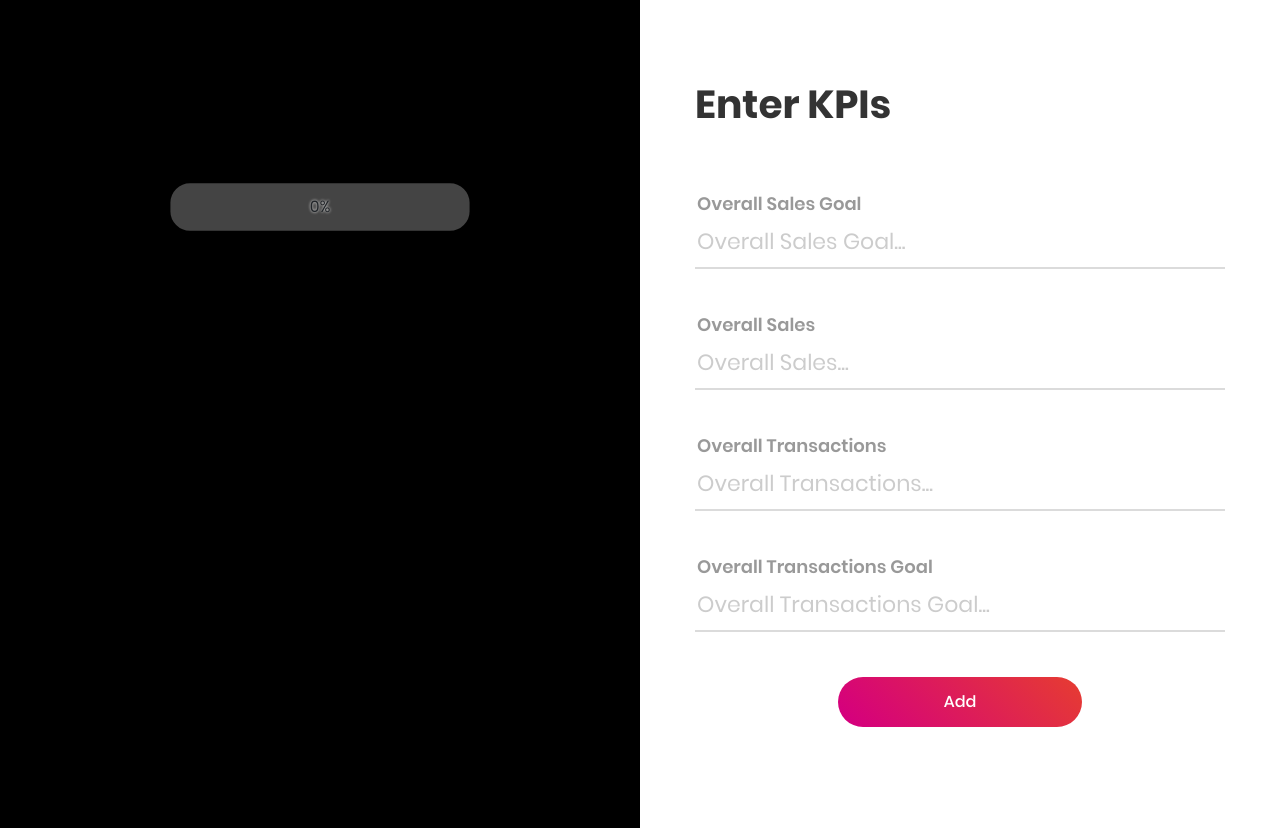
Repository: jameyel/kpi-entry
Page: index.html
The author's editor kept a copy of each file at every save. The page is drawn from the files as they stood at one save, then again after the next save.
The browser window is 1280 px wide. The pictures show the whole page.

Above is the page before, as saved 2018-12-09 19:41:34.

### index.html
<!DOCTYPE html>
<html lang="en">
  <head>
    <title>Contact V13</title>
    <meta charset="UTF-8" />
    <meta name="viewport" content="width=device-width, initial-scale=1" />
    <!--
      ===============================================================================================
    -->
    <link rel="icon" type="image/png" href="images/icons/favicon.ico" />
    <!--
      ===============================================================================================
    -->
    <link
      rel="stylesheet"
      type="text/css"
      href="vendor/bootstrap/css/bootstrap.min.css"
    />
    <!--
      ===============================================================================================
    -->
    <link
      rel="stylesheet"
      type="text/css"
      href="fonts/font-awesome-4.7.0/css/font-awesome.min.css"
    />
    <!--
      ===============================================================================================
    -->
    <link
      rel="stylesheet"
      type="text/css"
      href="fonts/Linearicons-Free-v1.0.0/icon-font.min.css"
    />
    <!--
      ===============================================================================================
    -->
    <link
      rel="stylesheet"
      type="text/css"
      href="fonts/iconic/css/material-design-iconic-font.min.css"
    />
    <!--
      ===============================================================================================
    -->
    <link rel="stylesheet" type="text/css" href="vendor/animate/animate.css" />
    <!--
      ===============================================================================================
    -->
    <link
      rel="stylesheet"
      type="text/css"
      href="vendor/css-hamburgers/hamburgers.min.css"
    />
    <!--
      ===============================================================================================
    -->
    <link
      rel="stylesheet"
      type="text/css"
      href="vendor/animsition/css/animsition.min.css"
    />
    <!--
      ===============================================================================================
    -->
    <link
      rel="stylesheet"
      type="text/css"
      href="vendor/select2/select2.min.css"
    />
    <!--
      ===============================================================================================
    -->
    <link
      rel="stylesheet"
      type="text/css"
      href="vendor/daterangepicker/daterangepicker.css"
    />
    <link rel="stylesheet" type="text/css" href="./css/loading-bar.css" />
    <!--
      ===============================================================================================
    -->
    <link rel="stylesheet" type="text/css" href="css/util.css" />
    <link rel="stylesheet" type="text/css" href="css/main.css" />
    <!--
      ===============================================================================================
    -->
  </head>
  <body>
    <div class="container-kpi100">
      <div class="kpi100-chart">
        <div
          class="ldBar label-center ldbar-overall-sales"
          style="width:50%;height:50%;margin:auto"
          data-preset="energy"
        ></div>
      </div>

      <div class="wrap-kpi100">
        <form class="kpi100-form validate-form">
          <span class="kpi100-form-title"> Enter KPIs </span>

          <div
            class="wrap-input100 validate-input"
            data-validate="Overall Sales are required"
          >
            <div
              class="wrap-input100 validate-input"
              data-validate="Overall Sales Goal is required: 123456"
            >
              <span class="label-input100">Overall Sales Goal</span>
              <input
                class="input100 overall-sales-goal"
                type="text"
                name="osg"
                placeholder="Overall Sales Goal..."
              />
              <span class="focus-input100"></span>
            </div>

            <span class="label-input100">Overall Sales</span>
            <input
              class="input100 overall-sales"
              type="text"
              name="os"
              placeholder="Overall Sales..."
            />
            <span class="focus-input100"></span>
          </div>

          <div class="wrap-input100">
            <span class="label-input100">Overall Transactions</span>
            <input
              class="input100"
              type="text"
              name="ot"
              placeholder="Overall Transactions..."
            />
            <span class="focus-input100"></span>
          </div>

          <div class="wrap-input100">
            <span class="label-input100">Overall Transactions Goal</span>
            <input
              class="input100"
              type="text"
              name="otg"
              placeholder="Overall Transactions Goal..."
            />
            <span class="focus-input100"></span>
          </div>

          <div class="container-kpi100-form-btn">
            <div class="wrap-kpi100-form-btn">
              <div class="kpi100-form-bgbtn"></div>
              <button class="kpi100-form-btn">Add</button>
            </div>
          </div>
        </form>
      </div>
    </div>

    <div id="dropDownSelect1"></div>

    <!--
      ===============================================================================================
    -->
    <script src="vendor/jquery/jquery-3.2.1.min.js"></script>
    <!--
      ===============================================================================================
    -->
    <script src="vendor/animsition/js/animsition.min.js"></script>
    <!--
      ===============================================================================================
    -->
    <script src="vendor/bootstrap/js/popper.js"></script>
    <script src="vendor/bootstrap/js/bootstrap.min.js"></script>
    <!--
      ===============================================================================================
    -->
    <script src="vendor/select2/select2.min.js"></script>
    <!--
      ===============================================================================================
    -->
    <script src="vendor/daterangepicker/moment.min.js"></script>
    <script src="vendor/daterangepicker/daterangepicker.js"></script>
    <!--
      ===============================================================================================
    -->
    <script src="vendor/countdowntime/countdowntime.js"></script>
    <!--
      ===============================================================================================
    -->
    <script src="js/chart-custom.js"></script>
    <!--
      ===============================================================================================
    -->
    <script type="text/javascript" src="./js/loading-bar.js"></script>
    <script src="js/main.js"></script>
  </body>
</html>

### css/main.css
/*//////////////////////////////////////////////////////////////////
[ FONT ]*/

@font-face {
  font-family: Poppins-Regular;
  src: url('../fonts/poppins/Poppins-Regular.ttf');
}

@font-face {
  font-family: Poppins-Medium;
  src: url('../fonts/poppins/Poppins-Medium.ttf');
}

@font-face {
  font-family: Poppins-Bold;
  src: url('../fonts/poppins/Poppins-Bold.ttf');
}

@font-face {
  font-family: Poppins-SemiBold;
  src: url('../fonts/poppins/Poppins-SemiBold.ttf');
}

/*//////////////////////////////////////////////////////////////////
[ RESTYLE TAG ]*/

* {
  margin: 0px;
  padding: 0px;
  box-sizing: border-box;
}

body,
html {
  height: 100%;
  font-family: Poppins-Regular, sans-serif;
}

/*---------------------------------------------*/
a {
  font-family: Poppins-Regular;
  font-size: 14px;
  line-height: 1.7;
  color: #666666;
  margin: 0px;
  transition: all 0.4s;
  -webkit-transition: all 0.4s;
  -o-transition: all 0.4s;
  -moz-transition: all 0.4s;
}

a:focus {
  outline: none !important;
}

a:hover {
  text-decoration: none;
}

/*---------------------------------------------*/
h1,
h2,
h3,
h4,
h5,
h6 {
  margin: 0px;
}

p {
  font-family: Poppins-Regular;
  font-size: 14px;
  line-height: 1.7;
  color: #666666;
  margin: 0px;
}

ul,
li {
  margin: 0px;
  list-style-type: none;
}

/*---------------------------------------------*/
input {
  outline: none;
  border: none;
}

input[type='number'] {
  -moz-appearance: textfield;
  appearance: none;
  -webkit-appearance: none;
}

input[type='number']::-webkit-outer-spin-button,
input[type='number']::-webkit-inner-spin-button {
  -webkit-appearance: none;
}

textarea {
  outline: none;
  border: none;
}

textarea:focus,
input:focus {
  border-color: transparent !important;
}

input:focus::-webkit-input-placeholder {
  color: transparent;
}
input:focus:-moz-placeholder {
  color: transparent;
}
input:focus::-moz-placeholder {
  color: transparent;
}
input:focus:-ms-input-placeholder {
  color: transparent;
}

textarea:focus::-webkit-input-placeholder {
  color: transparent;
}
textarea:focus:-moz-placeholder {
  color: transparent;
}
textarea:focus::-moz-placeholder {
  color: transparent;
}
textarea:focus:-ms-input-placeholder {
  color: transparent;
}

input::-webkit-input-placeholder {
  color: #cccccc;
}
input:-moz-placeholder {
  color: #cccccc;
}
input::-moz-placeholder {
  color: #cccccc;
}
input:-ms-input-placeholder {
  color: #cccccc;
}

textarea::-webkit-input-placeholder {
  color: #cccccc;
}
textarea:-moz-placeholder {
  color: #cccccc;
}
textarea::-moz-placeholder {
  color: #cccccc;
}
textarea:-ms-input-placeholder {
  color: #cccccc;
}

/*---------------------------------------------*/
button {
  outline: none !important;
  border: none;
  background: transparent;
}

button:hover {
  cursor: pointer;
}

iframe {
  border: none !important;
}

/*//////////////////////////////////////////////////////////////////
[ Contact ]*/

.container-kpi100 {
  width: 100%;
  min-height: 100vh;
  display: -webkit-box;
  display: -webkit-flex;
  display: -moz-box;
  display: -ms-flexbox;
  display: flex;
  flex-wrap: wrap;
  justify-content: flex-end;
  align-items: center;
  background: transparent;
  position: relative;
  z-index: 1;
}

.kpi100-chart {
  position: absolute;
  z-index: -2;
  width: calc(100% - 640px);
  height: 100%;
  top: 0;
  left: 0;
  background: #000;
}

.wrap-kpi100 {
  width: 640px;
  min-height: 100vh;
  background: #fff;
  border-radius: 2px;
  padding: 82px 55px 33px 55px;
  position: relative;
}

.show-wrap-kpi100 {
  visibility: visible;
  opacity: 1;
}

/*==================================================================
[ Form ]*/

.kpi100-form {
  width: 100%;
  display: -webkit-box;
  display: -webkit-flex;
  display: -moz-box;
  display: -ms-flexbox;
  display: flex;
  flex-wrap: wrap;
  justify-content: space-between;
  padding-bottom: 68px;
}

.kpi100-form-title {
  display: block;
  width: 100%;
  font-family: Poppins-Bold;
  font-size: 39px;
  color: #333333;
  line-height: 1.2;
  text-align: left;
  padding-bottom: 64px;
}

/*------------------------------------------------------------------
[ Input ]*/

.wrap-input100 {
  width: 100%;
  position: relative;
  border-bottom: 2px solid #dbdbdb;
  margin-bottom: 45px;
}

.label-input100 {
  font-family: Poppins-SemiBold;
  font-size: 18px;
  color: #999999;
  line-height: 1.2;
  padding-left: 2px;
}

.input100 {
  display: block;
  width: 100%;
  background: transparent;
  font-family: Poppins-Regular;
  font-size: 22px;
  color: #555555;
  line-height: 1.2;
  padding: 0 2px;
}

.focus-input100 {
  position: absolute;
  display: block;
  width: 100%;
  height: 100%;
  top: 0;
  left: 0;
  pointer-events: none;
}

.focus-input100::before {
  content: '';
  display: block;
  position: absolute;
  bottom: -2px;
  left: 0;
  width: 0;
  height: 2px;

  -webkit-transition: all 0.4s;
  -o-transition: all 0.4s;
  -moz-transition: all 0.4s;
  transition: all 0.4s;

  background: #df254e;
  background: -webkit-linear-gradient(45deg, #d5007d, #e53935);
  background: -o-linear-gradient(45deg, #d5007d, #e53935);
  background: -moz-linear-gradient(45deg, #d5007d, #e53935);
  background: linear-gradient(45deg, #d5007d, #e53935);
}

/*---------------------------------------------*/
input.input100 {
  height: 50px;
}

textarea.input100 {
  min-height: 140px;
  padding-top: 13px;
  padding-bottom: 13px;
}

.input100:focus + .focus-input100::before {
  width: 100%;
}

.has-val.input100 + .focus-input100::before {
  width: 100%;
}

/*------------------------------------------------------------------
[ Button ]*/
.container-kpi100-form-btn {
  width: 100%;
  display: -webkit-box;
  display: -webkit-flex;
  display: -moz-box;
  display: -ms-flexbox;
  display: flex;
  flex-wrap: wrap;
  justify-content: center;
}

.wrap-kpi100-form-btn {
  display: block;
  position: relative;
  z-index: 1;
  border-radius: 25px;
  overflow: hidden;
}

.kpi100-form-bgbtn {
  position: absolute;
  z-index: -1;
  width: 300%;
  height: 100%;
  background: #df2351;
  background: -webkit-linear-gradient(
    -135deg,
    #d5007d,
    #e53935,
    #d5007d,
    #e53935
  );
  background: -o-linear-gradient(-135deg, #d5007d, #e53935, #d5007d, #e53935);
  background: -moz-linear-gradient(-135deg, #d5007d, #e53935, #d5007d, #e53935);
  background: linear-gradient(-135deg, #d5007d, #e53935, #d5007d, #e53935);
  top: 0;
  left: -100%;
  -webkit-transition: all 0.4s;
  -o-transition: all 0.4s;
  -moz-transition: all 0.4s;
  transition: all 0.4s;
}
.kpi100-form-btn {
  display: -webkit-box;
  display: -webkit-flex;
  display: -moz-box;
  display: -ms-flexbox;
  display: flex;
  justify-content: center;
  align-items: center;
  padding: 0 20px;
  min-width: 244px;
  height: 50px;
  font-family: Poppins-Medium;
  font-size: 16px;
  color: #fff;
  line-height: 1.2;
}
.wrap-kpi100-form-btn:hover .kpi100-form-bgbtn {
  left: 0;
}
/* ------------------------------------------------------------------
[ Responsive ] */
@media (max-width: 576px) {
  .wrap-kpi100 {
    padding: 82px 15px 33px 15px;
  }
}
/* ------------------------------------------------------------------
[ Alert validate ] */
.validate-input {
  position: relative;
}
.alert-validate::before {
  content: attr(data-validate);
  position: absolute;
  max-width: 70%;
  background-color: #fff;
  border: 1px solid #c80000;
  border-radius: 2px;
  padding: 4px 30px 4px 10px;
  bottom: calc((100% - 25px) / 2);
  -webkit-transform: translateY(50%);
  -moz-transform: translateY(50%);
  -ms-transform: translateY(50%);
  -o-transform: translateY(50%);
  transform: translateY(50%);
  right: 2px;
  pointer-events: none;
  font-family: Poppins-Medium;
  color: #c80000;
  font-size: 14px;
  line-height: 1.4;
  text-align: left;
  visibility: hidden;
  opacity: 0;
  -webkit-transition: opacity 0.4s;
  -o-transition: opacity 0.4s;
  -moz-transition: opacity 0.4s;
  transition: opacity 0.4s;
}
.alert-validate::after {
  content: '\f06a';
  font-family: FontAwesome;
  display: block;
  position: absolute;
  color: #c80000;
  font-size: 18px;
  bottom: calc((100% - 25px) / 2);
  -webkit-transform: translateY(50%);
  -moz-transform: translateY(50%);
  -ms-transform: translateY(50%);
  -o-transform: translateY(50%);
  transform: translateY(50%);
  right: 8px;
}
.alert-validate:hover:before {
  visibility: visible;
  opacity: 1;
}
@media (max-width: 992px) {
  .alert-validate::before {
    visibility: visible;
    opacity: 1;
  }
}
.true-validate::after {
  content: '\f26b';
  font-family: Material-Design-Iconic-Font;
  font-size: 22px;
  color: #00ad5f;
  display: -webkit-box;
  display: -webkit-flex;
  display: -moz-box;
  display: -ms-flexbox;
  display: flex;
  align-items: center;
  justify-content: center;
  position: absolute;
  bottom: calc((100% - 25px) / 2);
  -webkit-transform: translateY(50%);
  -moz-transform: translateY(50%);
  -ms-transform: translateY(50%);
  -o-transform: translateY(50%);
  transform: translateY(50%);
  right: 5px;
}
/* ==================================================================
[ Contact more ] */
.kpi100-more {
  font-family: Poppins-Medium;
  font-size: 16px;
  color: #fff;
  position: fixed;
  z-index: -1;
  display: -webkit-box;
  display: -webkit-flex;
  display: -moz-box;
  display: -ms-flexbox;
  display: flex;
  justify-content: center;
  align-items: center;
  min-width: 212px;
  height: 50px;
  border-radius: 25px;
  background-color: #39b54a;
  padding: 0 20px;
  top: 50%;
  left: calc((100% - 640px) / 2);
  -webkit-transform: translate(-50%, -50%);
  -moz-transform: translate(-50%, -50%);
  -ms-transform: translate(-50%, -50%);
  -o-transform: translate(-50%, -50%);
  transform: translate(-50%, -50%);
}
.kpi100-more i {
  font-size: 20px;
  margin-right: 10px;
}
@media (max-width: 1200px) {
  .wrap-kpi100 {
    width: 440px;
  }
  .kpi100-map {
    width: calc(100% - 440px);
  }
  .kpi100-more {
    left: calc((100% - 440px) / 2);
  }
}
@media (max-width: 768px) {
  .wrap-kpi100 {
    width: 100%;
  }
  .kpi100-map {
    display: none;
  }
  .kpi100-more {
    position: absolute;
    background-color: transparent;
    color: #39b54a;
    bottom: 0px;
    top: auto;
    left: 50%;
    z-index: 10;
  }
}

Loaded but not shown: vendor/bootstrap/css/bootstrap.min.css (library); fonts/font-awesome-4.7.0/css/font-awesome.min.css (library); fonts/Linearicons-Free-v1.0.0/icon-font.min.css (library); fonts/iconic/css/material-design-iconic-font.min.css (library); vendor/animate/animate.css (library); vendor/css-hamburgers/hamburgers.min.css (library); vendor/animsition/css/animsition.min.css (library); vendor/select2/select2.min.css (library); vendor/daterangepicker/daterangepicker.css (library); css/loading-bar.css (common file); vendor/jquery/jquery-3.2.1.min.js (library); vendor/animsition/js/animsition.min.js (library); vendor/bootstrap/js/popper.js (library); vendor/bootstrap/js/bootstrap.min.js (library); vendor/select2/select2.min.js (library); vendor/daterangepicker/moment.min.js (library); vendor/daterangepicker/daterangepicker.js (library); vendor/countdowntime/countdowntime.js (common file); js/loading-bar.js (803 lines, source omitted); js/main.js (94 lines, source omitted); js/chart-custom.js (18 lines, source omitted); css/util.css (2984 lines, source omitted)

After the next save:
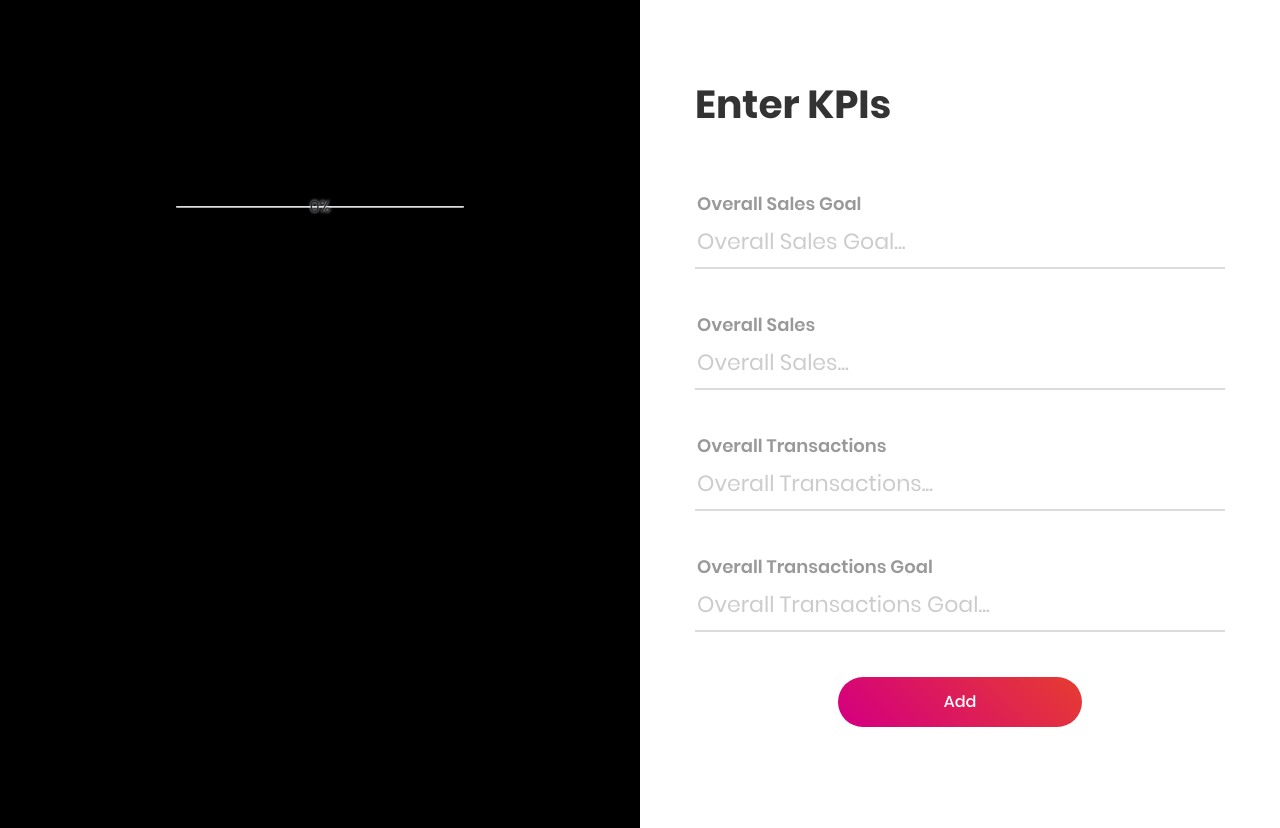
Saved 42 s later.
--- a/index.html
+++ b/index.html
@@ -92,7 +92,6 @@
         <div
           class="ldBar label-center ldbar-overall-sales"
           style="width:50%;height:50%;margin:auto"
-          data-preset="energy"
         ></div>
       </div>
 
